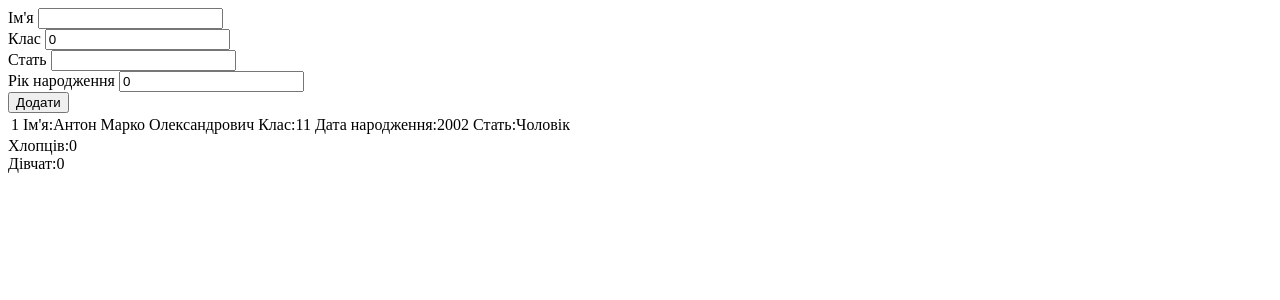
Repository: KYUUBI-K/HTML
Page: За 2 курс/test Vuejs/AddStudent.html
The author's editor kept a copy of each file at every save. The page is drawn from the files as they stood at one save, then again after the next save.
The browser window is 1280 px wide. The pictures show the whole page.

Above is the page before, as saved 2021-09-09 15:03:43.

After the next save:
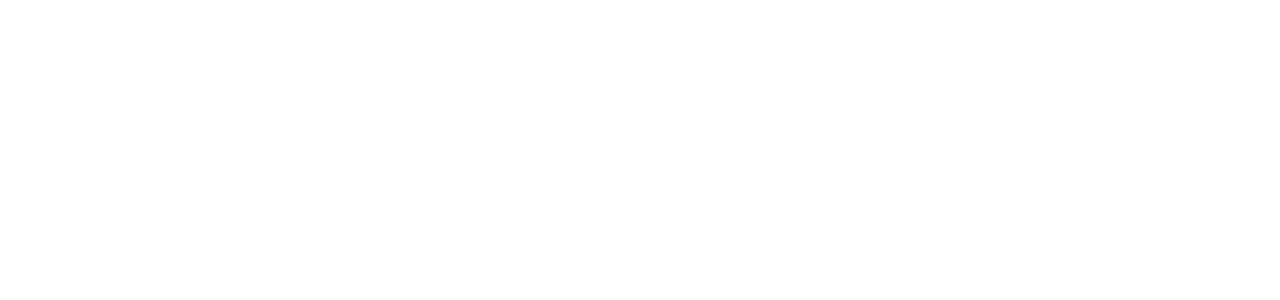
Saved 2 min 57 s later.
--- a/За 2 курс/test Vuejs/AddStudent.html
+++ b/За 2 курс/test Vuejs/AddStudent.html
@@ -74,11 +74,11 @@
         computed:{
             Checkerboys(){
                 return this.studentList.reduce
-                ((count,people) => count +(people.sex == "чоловік" ? 1 : 0),0)
+                ((prevstud,student) => count +(student.sex == "чоловік" ? 1 : 0),0)
             },
             Checkergirls(){
                 return this.studentList.reduce
-                ((count,student) => count +(student.sex == "жінка" ? 1 : 0),0)
+                ((prevstud,student) => count +(student.sex == "жінка" ? 1 : 0),0)
             }
 
         }

After the save that followed:
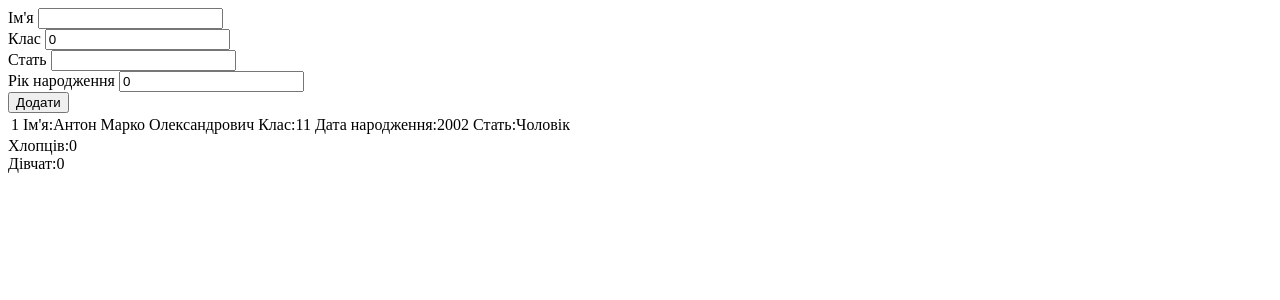
Saved 20 s later.
--- a/За 2 курс/test Vuejs/AddStudent.html
+++ b/За 2 курс/test Vuejs/AddStudent.html
@@ -74,11 +74,11 @@
         computed:{
             Checkerboys(){
                 return this.studentList.reduce
-                ((prevstud,student) => count +(student.sex == "чоловік" ? 1 : 0),0)
+                ((prevstud,student) => prevstud +(student.sex == "чоловік" ? 1 : 0),0)
             },
             Checkergirls(){
                 return this.studentList.reduce
-                ((prevstud,student) => count +(student.sex == "жінка" ? 1 : 0),0)
+                ((prevstud,student) => prevstud +(student.sex == "жінка" ? 1 : 0),0)
             }
 
         }
